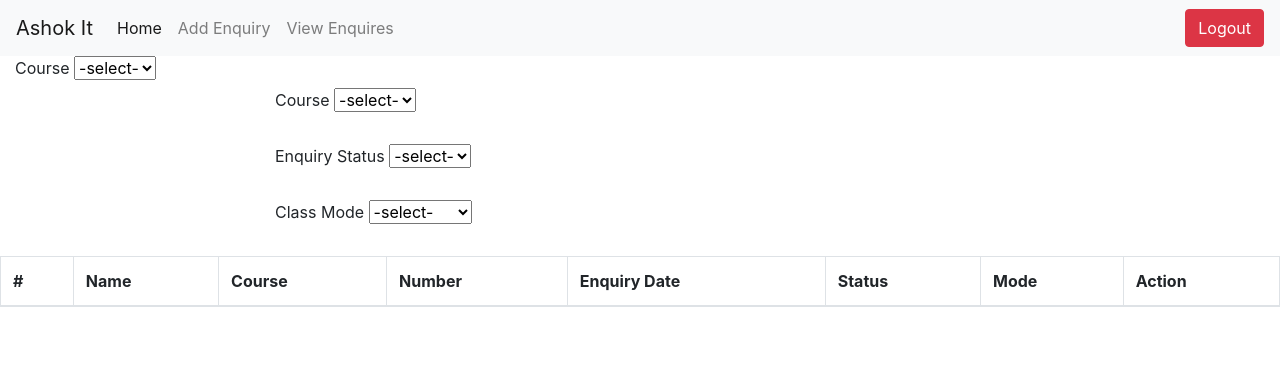
Repository: davidroshan/JRTP
Page: http://localhost/view-enquires
The author's editor kept a copy of each file at every save. The page is drawn from the files as they stood at one save, then again after the next save.
The browser window is 1280 px wide. The pictures show the whole page.
The page is this project's Thymeleaf template; nobody is signed in. The template is opened directly, without the code that normally fills it, so the values that code supplies are empty.

Above is the page before, as saved 2023-04-27 18:35:08.

After the next save:
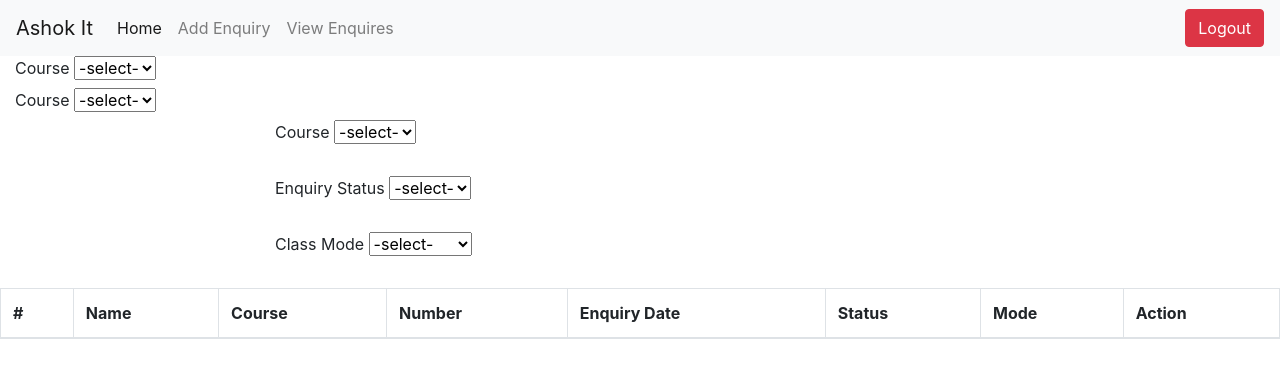
Saved 19 s later.
--- a/Front_Office_Team_Portal/src/main/resources/templates/view-enquires.html
+++ b/Front_Office_Team_Portal/src/main/resources/templates/view-enquires.html
@@ -56,6 +56,23 @@
 
        </div>
   </div>
+
+  <div class="col-lg-4 col-sm-4 col-xs-4">
+      <div class="dropdown">
+
+
+                           <label for="form22">Course</label>
+                                 <select id="form22" class="form-select"
+                                   name="courseName" >
+                                    <option value="">-select-</option>
+                                    <option th:each="course : ${courses}" th:value="${course}"
+                                    th:text="${course}"></option>
+                                 </select>
+
+
+       </div>
+  </div>
+
 
 
           <!-- drop down -->
